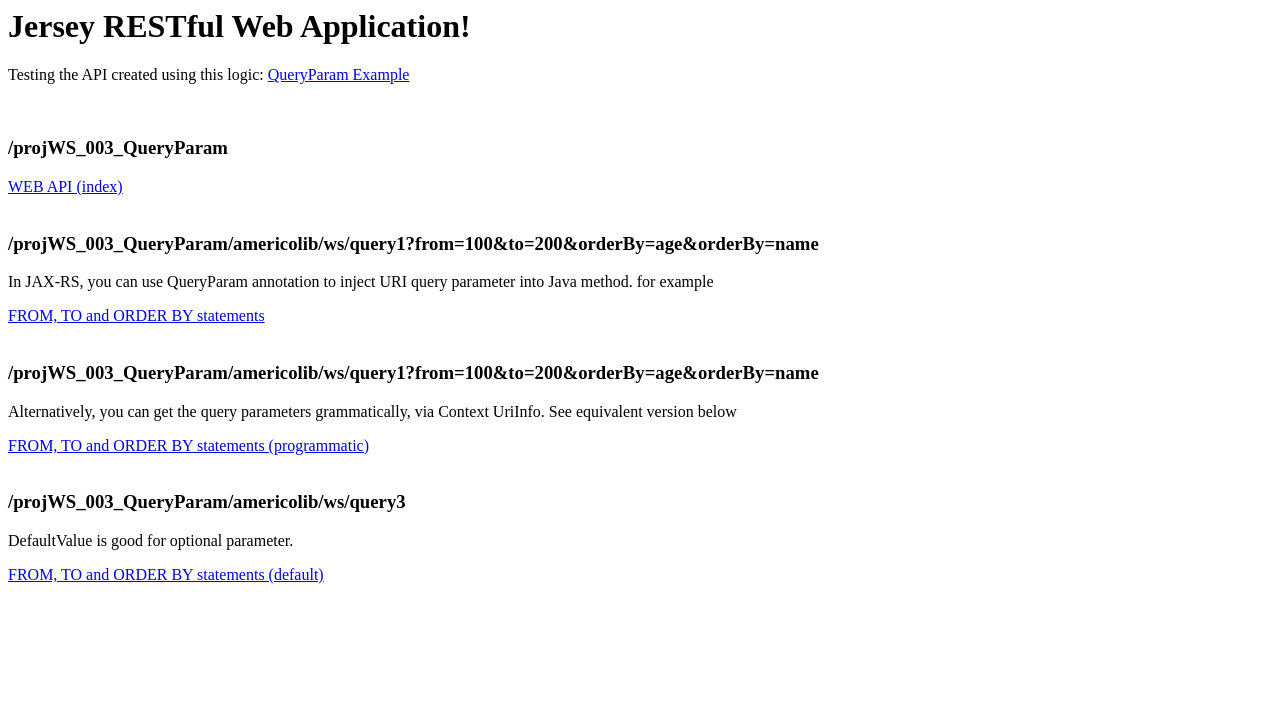
Repository: atafs/BackEnd_JAX-RS_REST_2continue
Page: http://localhost/projWS_003_QueryParam/
An editor plug-in stored every save of this project. The page is shown before and after the next save, followed by the edit.
The browser window is 1280 px wide. The pictures show the whole page.
The page is served by Tomcat 9.

Above is the page before, as saved 2016-05-02 10:26:07.

After the next save:
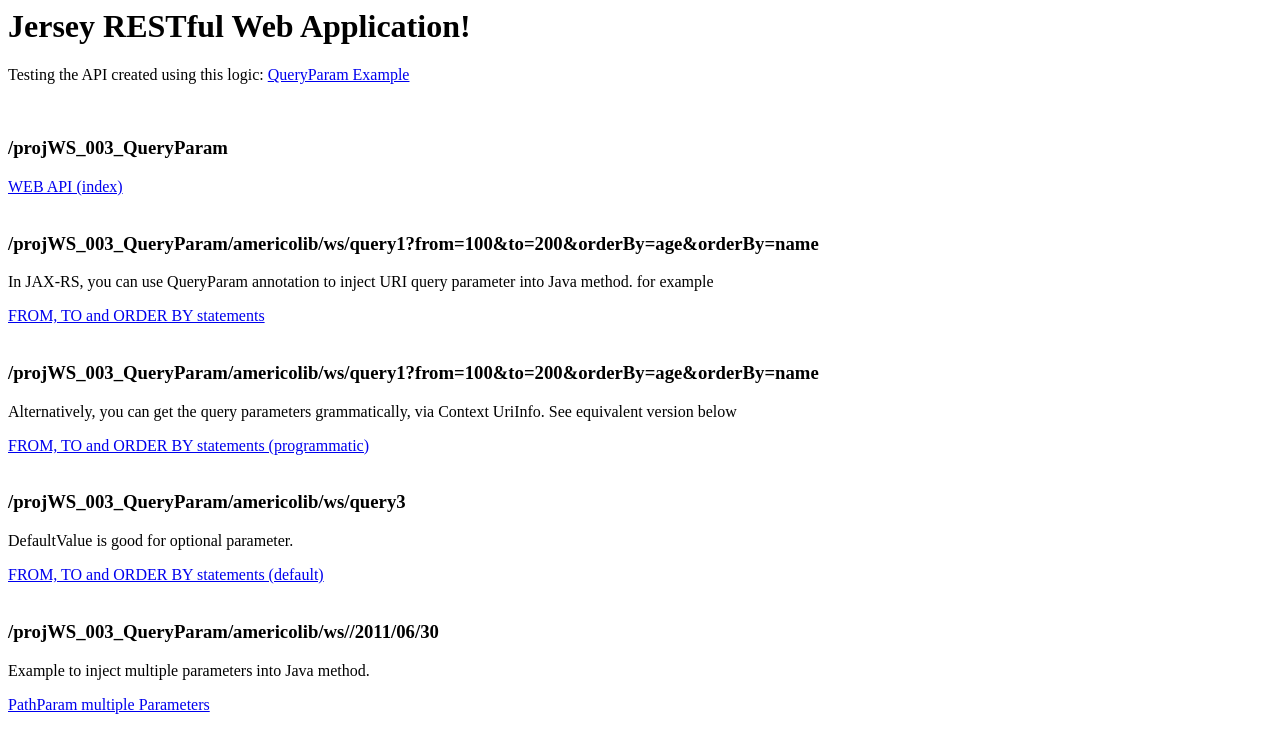
Saved 2 min 0 s later.
--- a/projWS_003_QueryParam/src/main/webapp/index.jsp
+++ b/projWS_003_QueryParam/src/main/webapp/index.jsp
@@ -23,6 +23,10 @@
 	<p>DefaultValue is good for optional parameter.</p>
 	<a href="http://localhost:8085/projWS_003_QueryParam/americolib/ws/query3">FROM, TO and ORDER BY statements (default)</a><br/><br/>
 
+	<h3>/projWS_003_QueryParam/americolib/ws//2011/06/30</h3>
+	<p>Example to inject multiple parameters into Java method.</p>
+	<a href="http://localhost:8085/projWS_003_QueryParam/americolib/ws/2011/06/30">PathParam multiple Parameters</a><br/><br/>
+
 
 
 
